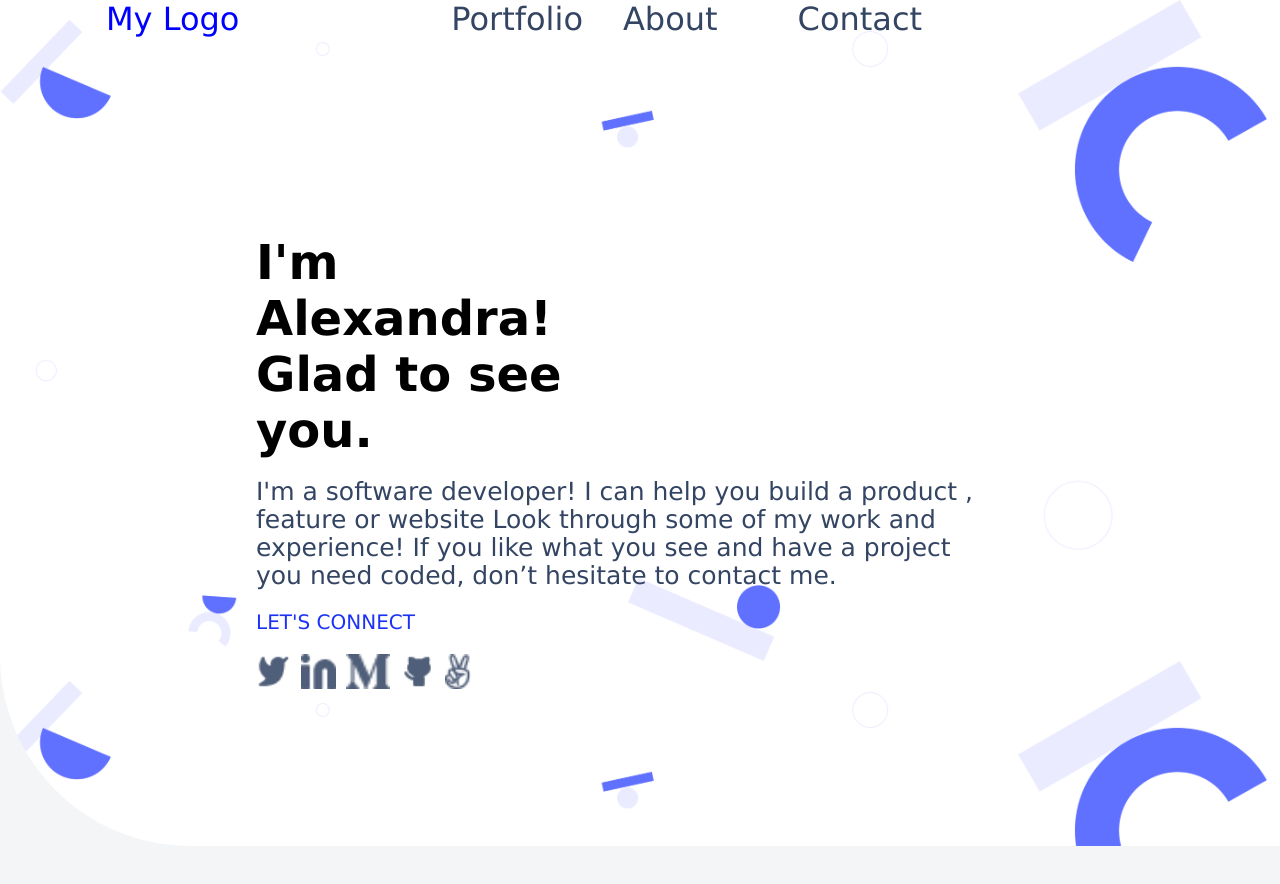
Repository: usman3123/portfolio-template-3
Page: portfolio.html
The author's editor kept a copy of each file at every save. The page is drawn from the files as they stood at one save, then again after the next save.
The browser window is 1280 px wide. The pictures show the whole page.
Some web libraries are served in a nearby version.

Above is the page before, as saved 2025-01-23 22:05:57.

After the next save:
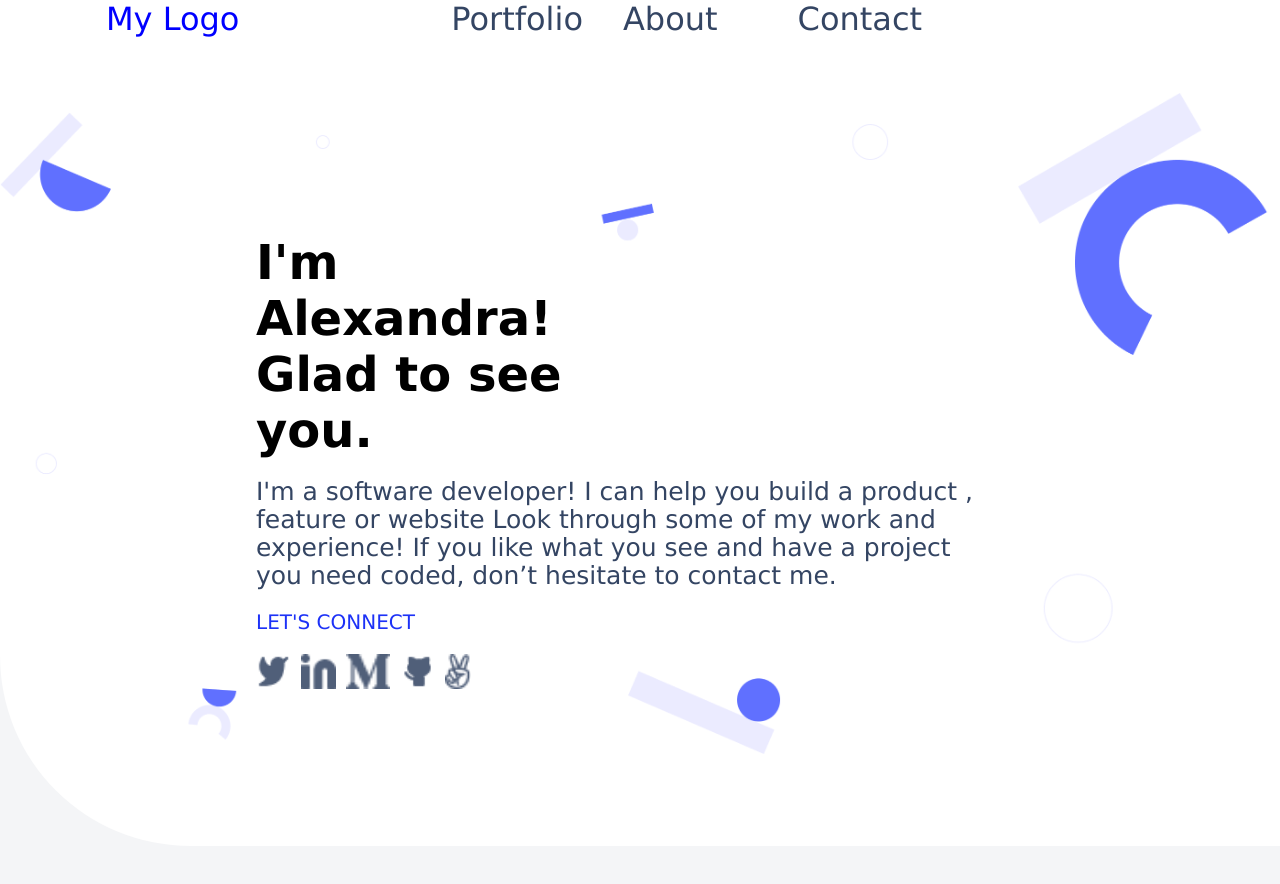
Saved 35 s later.
--- a/style.css
+++ b/style.css
@@ -33,6 +33,8 @@ body {
     background-image: url(/assets/Header\ bg@2x.png);
     background-size: contain;
     max-height: 846px;
+    background-position: center; /* Image ko center karne ke liye */
+    background-repeat: no-repeat;
 }
 .hero-section {
     height: 846px;
